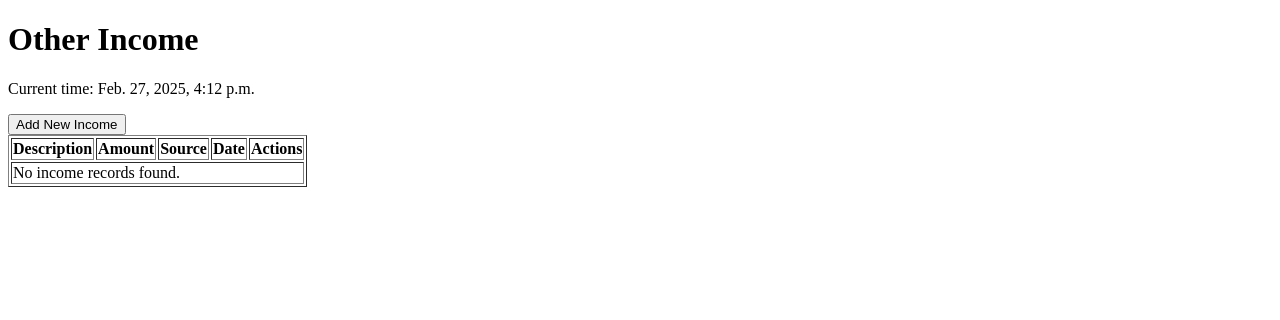
Repository: Jijiluzana225/lugawan_pitlane
Page: http://localhost/other-income/
An editor plug-in stored every save of this project. The page is shown before and after the next save, followed by the edit.
The browser window is 1280 px wide. The pictures show the whole page.
The page is served by the project's application, run on Django 5.2 (manage.py). Queries for data that is not in the repository find no rows.

Above is the page before, as saved 2025-03-07 09:16:32.

After the next save:
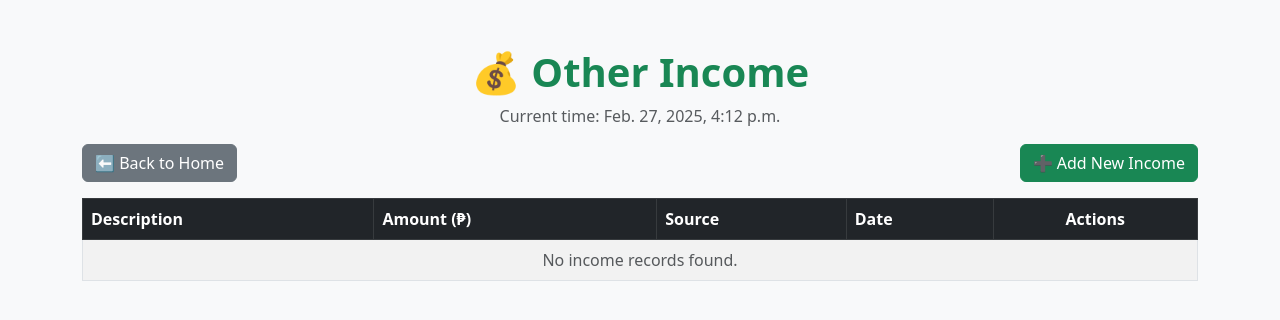
Saved 3 min 58 s later.
--- a/pos/templates/pos/other_income.html
+++ b/pos/templates/pos/other_income.html
@@ -1,51 +1,85 @@
 <!DOCTYPE html>
 <html lang="en">
 <head>
-    <title>Other Income</title>
+    <meta charset="UTF-8">
+    <meta name="viewport" content="width=device-width, initial-scale=1.0">
+    <title>Other Income - Lugaw Cafe</title>
+
+    <!-- Bootstrap CSS -->
+    <link href="https://cdnjs.cloudflare.com/ajax/libs/bootstrap/5.3.0/css/bootstrap.min.css" rel="stylesheet">
+
+    <!-- Custom Styles -->
+    <style>
+        body {
+            background-color: #f8f9fa;
+        }
+        .table thead {
+            position: sticky;
+            top: 0;
+            background-color: #343a40;
+            color: #fff;
+        }
+    </style>
 </head>
 <body>
-    <h1>Other Income</h1>
-    <p>Current time: {{ current_time }}</p>
 
-    <!-- Button to Add New Income -->
-    <a href="{% url 'add_other_income' %}">
-        <button>Add New Income</button>
-    </a>
+<div class="container mt-5">
+    <h1 class="text-center text-success fw-bold">💰 Other Income</h1>
+    <p class="text-center text-muted">Current time: {{ current_time }}</p>
 
-    <table border="1">
-        <thead>
-            <tr>
-                <th>Description</th>
-                <th>Amount</th>
-                <th>Source</th>
-                <th>Date</th>
-                <th>Actions</th>
-            </tr>
-        </thead>
-        <tbody>
-            {% for income in other_income %}
-            <tr>
-                <td>{{ income.description }}</td>
-                <td>₱{{ income.amount }}</td>
-                <td>{{ income.source|default:"N/A" }}</td>
-                <td>{{ income.datetimestamp|date:"Y-m-d H:i:s" }}</td>
-                <td>
-                    <a href="{% url 'edit_other_income' income.id %}">
-                        <button>Edit</button>
-                    </a>
+    <!-- Navigation Buttons -->
+    <div class="d-flex justify-content-between mb-3">
+        <a href="{% url 'catalog' %}" class="btn btn-secondary">
+            ⬅️ Back to Home
+        </a>
+        <a href="{% url 'add_other_income' %}" class="btn btn-success">
+            ➕ Add New Income
+        </a>
+    </div>
 
-                    <form action="{% url 'delete_other_income' income.id %}" method="post" style="display:inline;">
-                        {% csrf_token %}
-                        <button type="submit" onclick="return confirm('Are you sure you want to delete this income record?')">Delete</button>
-                    </form>
-                </td>
-            </tr>
-            {% empty %}
-            <tr>
-                <td colspan="5">No income records found.</td>
-            </tr>
-            {% endfor %}
-        </tbody>
-    </table>
+    <!-- Other Income Table -->
+    <div class="table-responsive" style="max-height: 500px; overflow-y: auto;">
+        <table class="table table-striped table-hover table-bordered align-middle">
+            <thead class="table-dark">
+                <tr>
+                    <th>Description</th>
+                    <th>Amount (₱)</th>
+                    <th>Source</th>
+                    <th>Date</th>
+                    <th class="text-center">Actions</th>
+                </tr>
+            </thead>
+            <tbody>
+                {% for income in other_income %}
+                <tr>
+                    <td>{{ income.description }}</td>
+                    <td class="text-end">₱{{ income.amount|floatformat:2 }}</td>
+                    <td>{{ income.source|default:"N/A" }}</td>
+                    <td>{{ income.datetimestamp|date:"Y-m-d H:i:s" }}</td>
+                    <td class="text-center">
+                        <a href="{% url 'edit_other_income' income.id %}" class="btn btn-warning btn-sm">
+                            ✏️ Edit
+                        </a>
+                        <form action="{% url 'delete_other_income' income.id %}" method="post" class="d-inline">
+                            {% csrf_token %}
+                            <button type="submit" class="btn btn-danger btn-sm" onclick="return confirm('Are you sure you want to delete this income record?')">
+                                🗑️ Delete
+                            </button>
+                        </form>
+                    </td>
+                </tr>
+                {% empty %}
+                <tr>
+                    <td colspan="5" class="text-center text-muted">No income records found.</td>
+                </tr>
+                {% endfor %}
+            </tbody>
+        </table>
+    </div>
+</div>
+
+<!-- Bootstrap JS (optional, for advanced features) -->
+<script src="https://cdnjs.cloudflare.com/ajax/libs/bootstrap/5.3.0/js/bootstrap.bundle.min.js"></script>
+
 </body>
 </html>
